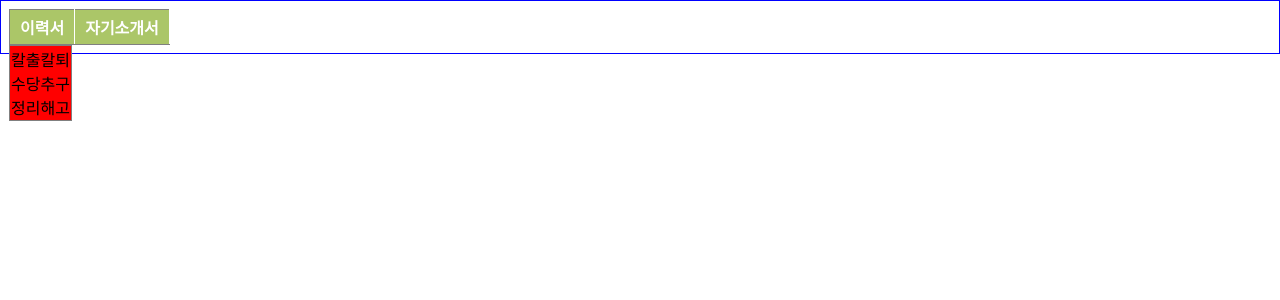
Repository: porivas/140630_Java
Page: http://localhost/web4_resume/totalLayout.jsp
These files come from the project's save history. The page is drawn as it stood at one moment and after the next save; the edit follows.
The browser window is 1280 px wide. The pictures show the whole page.
The page is served by Tomcat 9.

Above is the page before, as saved 2014-09-25 07:55:09.

### web4_resume/WebContent/totalLayout.jsp
<%@ page language="java" contentType="text/html; charset=UTF-8"
    pageEncoding="UTF-8"%>
<!DOCTYPE html PUBLIC "-//W3C//DTD HTML 4.01 Transitional//EN" "http://www.w3.org/TR/html4/loose.dtd">
<html>
<head>
<meta http-equiv="Content-Type" content="text/html; charset=UTF-8">
<title>Insert title here</title>
</head>
<body>
		<div id="button">
		<style type="text/css">
		  table.ex1 {
		     border-collapse: collapse;
		  }
		  .ex1 th, .ex1 td {padding:5px 10px}
			.ex1 caption {font-weight:700; font-size:20px; padding:5px; color:#1BA6B2; text-align:left; margin-bottom:5px}
			.ex1 thead th {background:#ABC668; color:#fff; text-align:center; border-right:1px solid #fff}
			.ex1 tbody th {text-align:left; width:12%}
			.ex1 tbody td.date1 {text-align:center; width:8%}
			.ex1 tbody td.desc {text-align:left; width:35%}
			.ex1 tbody tr.odd {background:#f9f9f9}
			.ex1 tbody tr.odd th {background:#f2f2f2}
			.ex1 tbody tr:hover {background:#F3F5BB}
			.ex1 tbody tr:hover th {background:#F2F684; color:#1BA6B2}
			.ex1 tfoot tr {border-top:6px solid #E9F7F6; color:#1BA6B2}
			.ex1 tfoot th {text-align:left; padding-left:10px}
		html {
		    border: 1px solid blue;
		}
			.other, .parent {
			    border: 4px solid green;
			    margin: 5px;
			}
			.me {
			    background-color: red;
			    position: absolute;
			}
		</style>
		<table class="ex1" border="1" >
			<tr align = "left">
				<thead><th scope="col">이력서</th><th scope="col">자기소개서</th></thead>
			</tr>
		</table>
		</div>
		<div class ="me" id="story1">
		<type = text/css>
		<style type="text/css">
		  table {
		     border-collapse: collapse;
		  }
		</style>
		<table border="1" width=100%	>
			<tr align = "left">
				<td> 칼출칼퇴
				<br> 수당추구
				<br> 정리해고
				</td>
			</tr>
		</table>
		</div>
</body>
</html>

After the next save:
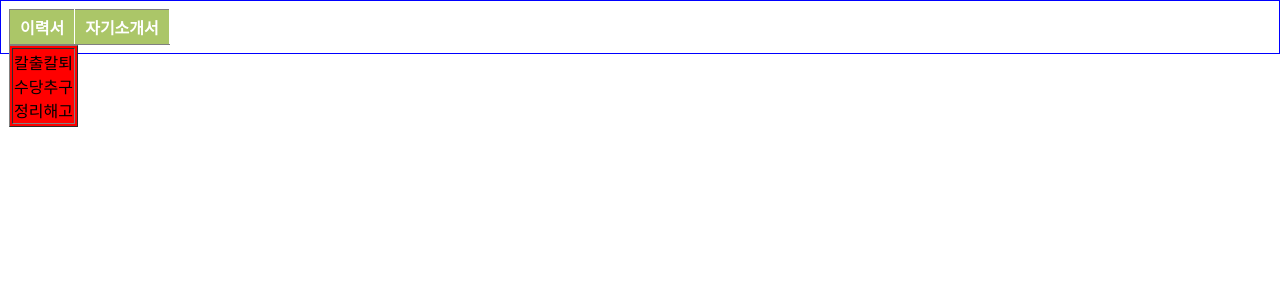
Saved 23 s later.
--- a/web4_resume/WebContent/totalLayout.jsp
+++ b/web4_resume/WebContent/totalLayout.jsp
@@ -43,12 +43,6 @@
 		</table>
 		</div>
 		<div class ="me" id="story1">
-		<type = text/css>
-		<style type="text/css">
-		  table {
-		     border-collapse: collapse;
-		  }
-		</style>
 		<table border="1" width=100%	>
 			<tr align = "left">
 				<td> 칼출칼퇴
